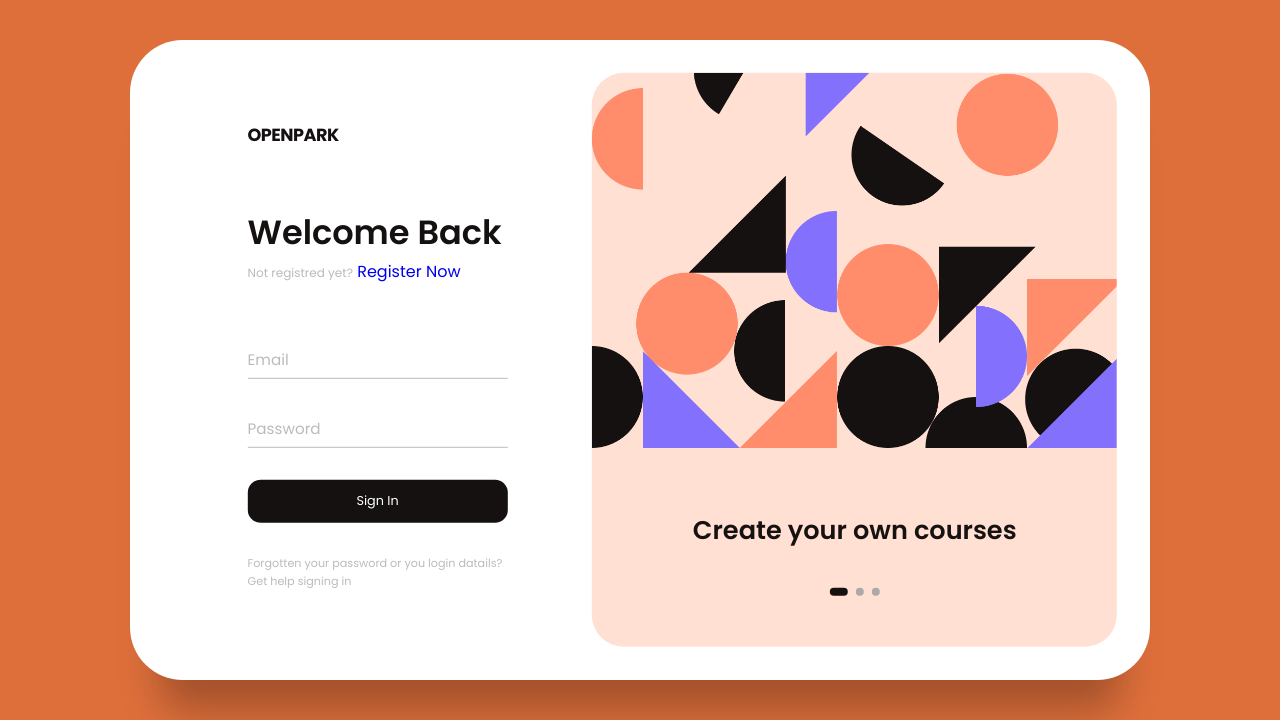
Repository: subashsigdel/TeamEverest
Page: backend/Mypark/customer/templates/customer/login.html
These files come from the project's save history. The page is drawn as it stood at one moment and after a run of saves; the edit follows.
The browser window is 1280 px wide. The pictures show the whole page.
The template is drawn by Django 4.2. The application's start-up code is not run. The template is opened directly, without the code that normally fills it, so the values that code supplies are empty.

Above is the page before, as saved 2023-09-16 03:40:08.

After the next 2 saves:
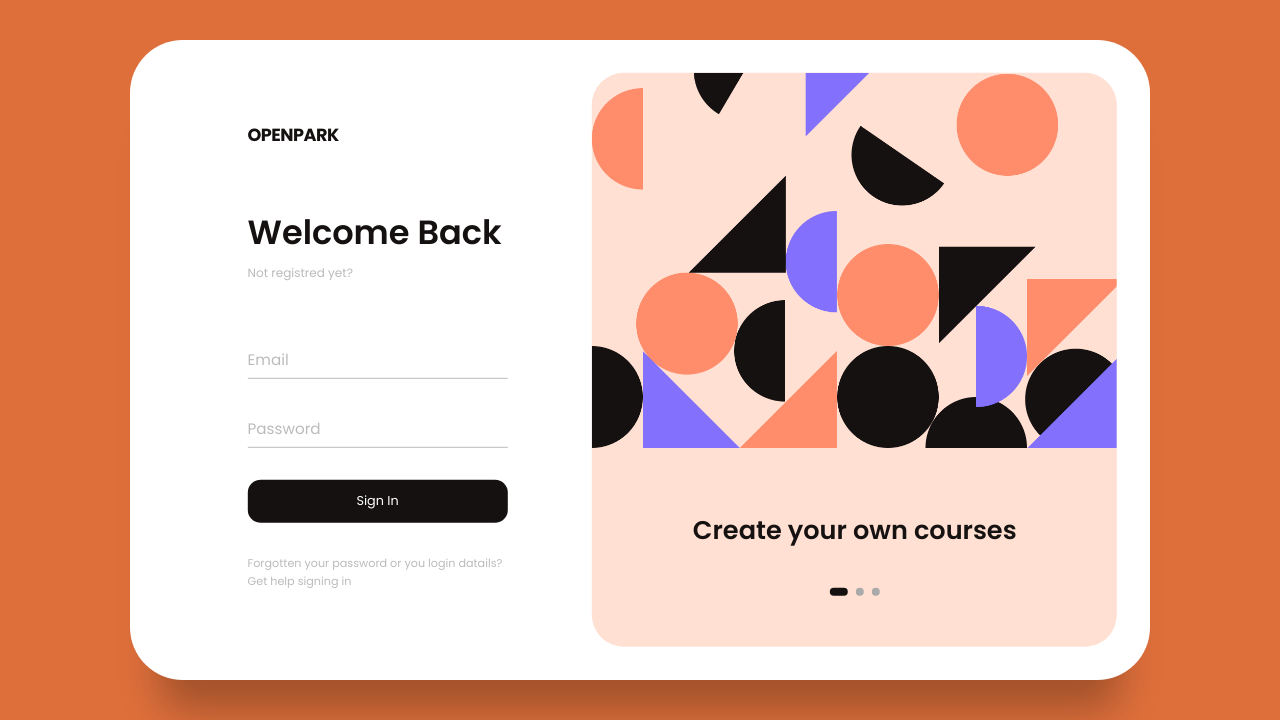
The 2 saves are shown as one change because they came seconds apart.
The last was saved 65 s later.
--- a/backend/Mypark/customer/templates/customer/login.html
+++ b/backend/Mypark/customer/templates/customer/login.html
@@ -28,7 +28,7 @@
             <div class="heading">
               <h2>Welcome Back</h2>
               <h6>Not registred yet?</h6>
-             <a href="{% url 'register' %}">Register Now</a>
+
             </div>
 
             <div class="actual-form">
